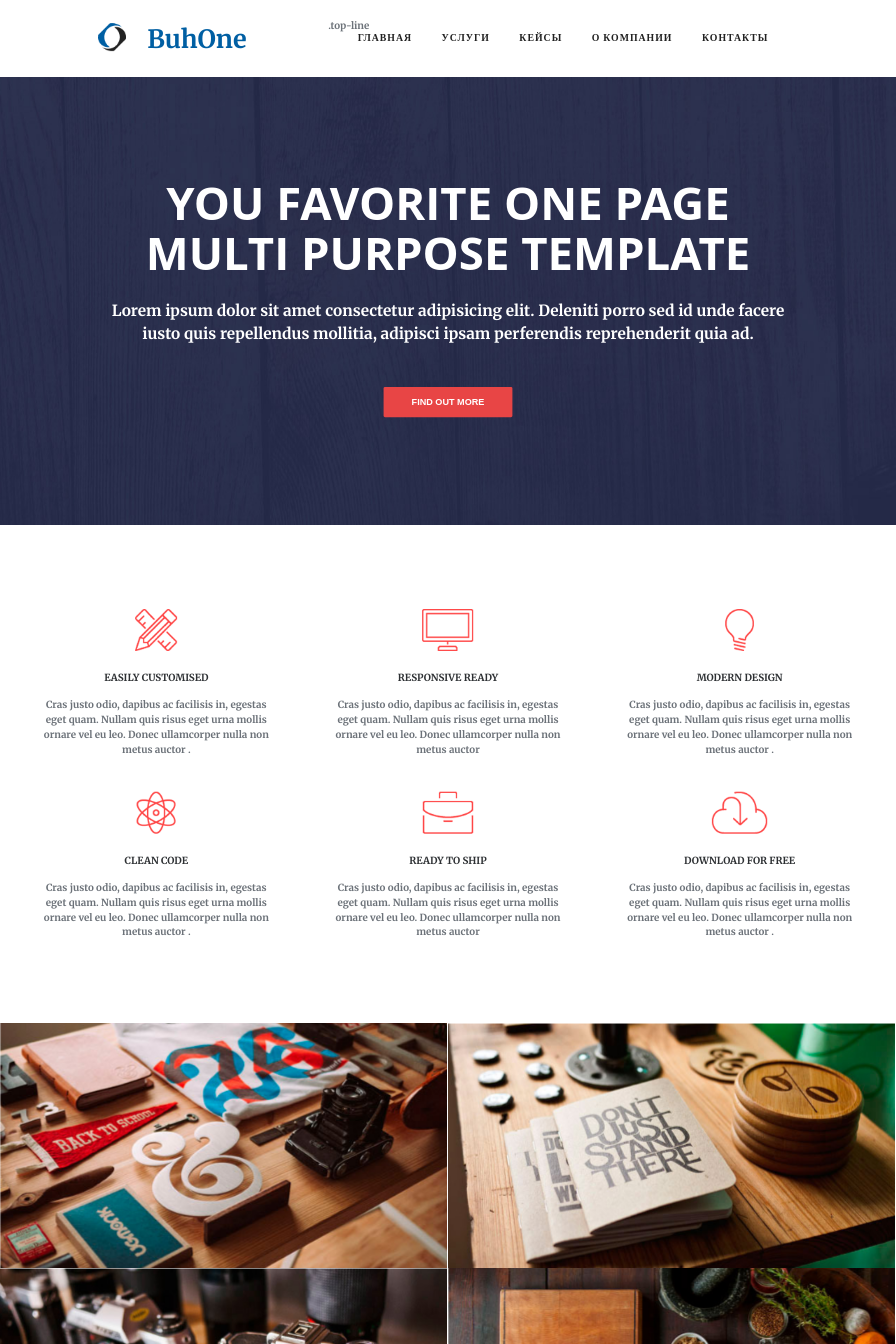
Repository: ZetsubouBilly/test
Page: index.html
An editor plug-in stored every save of this project. The page is shown before and after a run of saves, followed by the edit.
The browser window is 1280 px wide. The pictures show the part of the page from y = 0 to 1920 px (the page is 4929 px tall), at 70% of full size.

Above is the page before, as saved 2023-05-13 12:32:46.

After the next 2 saves:
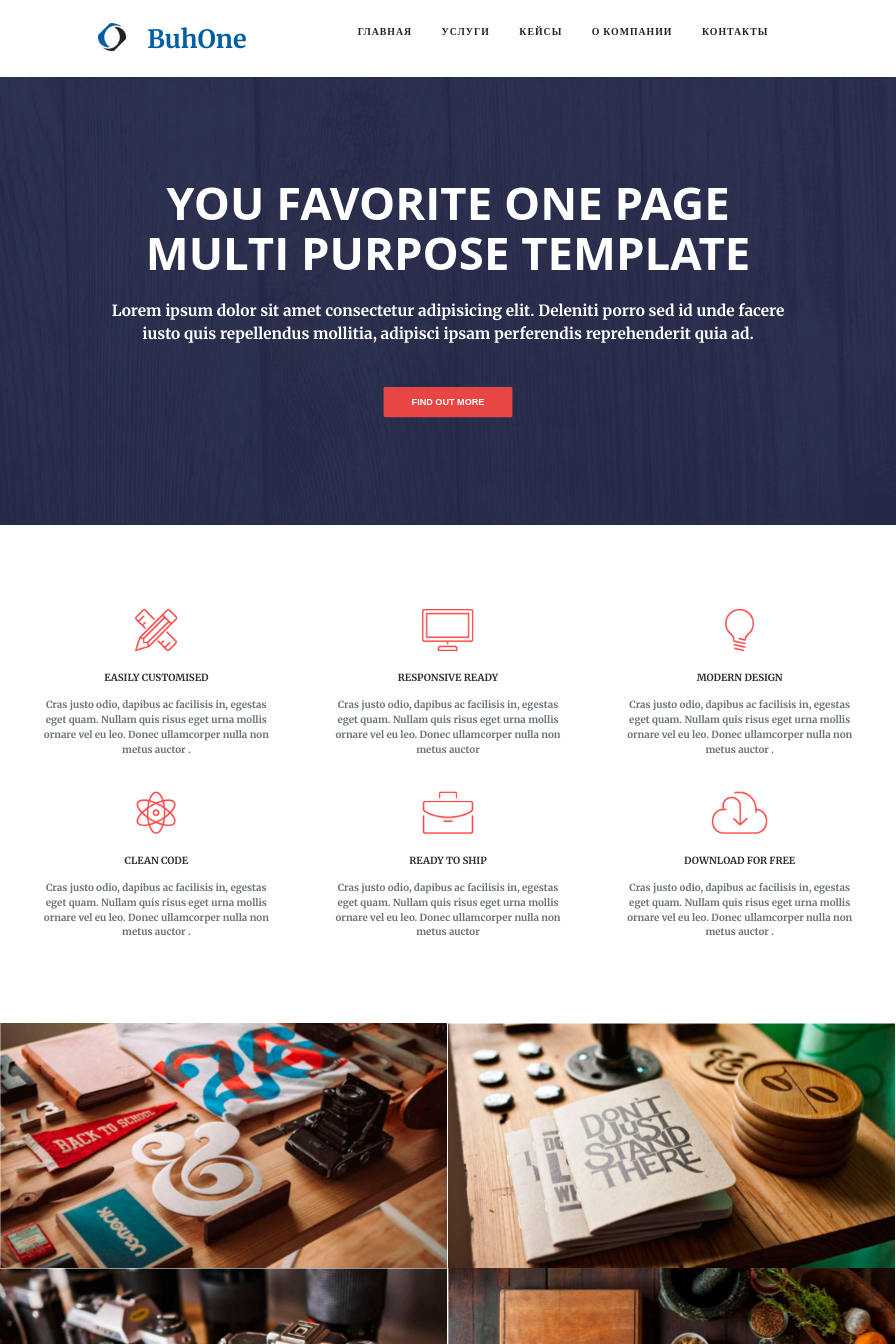
The 2 saves are shown as one change because they came seconds apart.
The last was saved 5 s later.
--- a/index.html
+++ b/index.html
@@ -34,7 +34,9 @@
                     </div>
                 </div>
                 <div class="header__inner_r">
-                    .top-line
+                    <div class="top-line">
+
+                    </div>
                     <nav class="nav" id="nav">
                         <a class="nav__link" href="#" data-scroll="#features">Главная</a>
                         <a class="nav__link" href="#" data-scroll="#works">Услуги</a>
